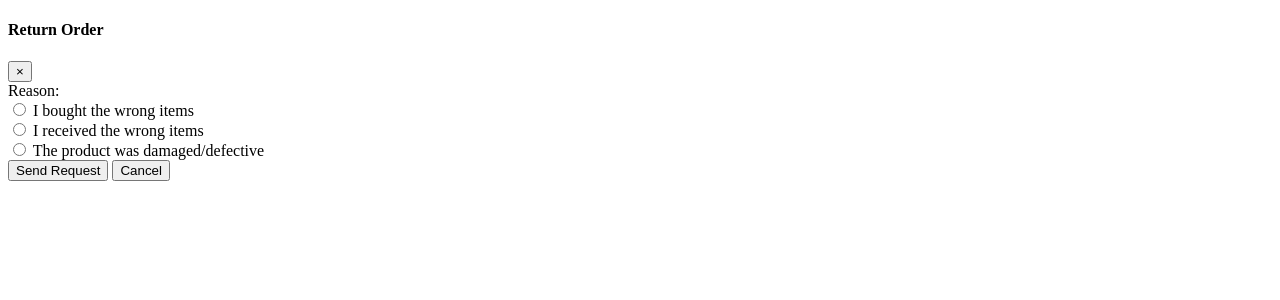
Repository: quockhuongtrann/Ecommerce-Website-With-Spring-Framework
Page: http://localhost/orders/return_order_modal
An editor plug-in stored every save of this project. The page is shown before and after the next save, followed by the edit.
The browser window is 1280 px wide. The pictures show the whole page.
The page is this project's Thymeleaf template; nobody is signed in. The template is opened directly, without the code that normally fills it, so the values that code supplies are empty.

Above is the page before, as saved 2023-01-17 09:08:54.

After the next save:
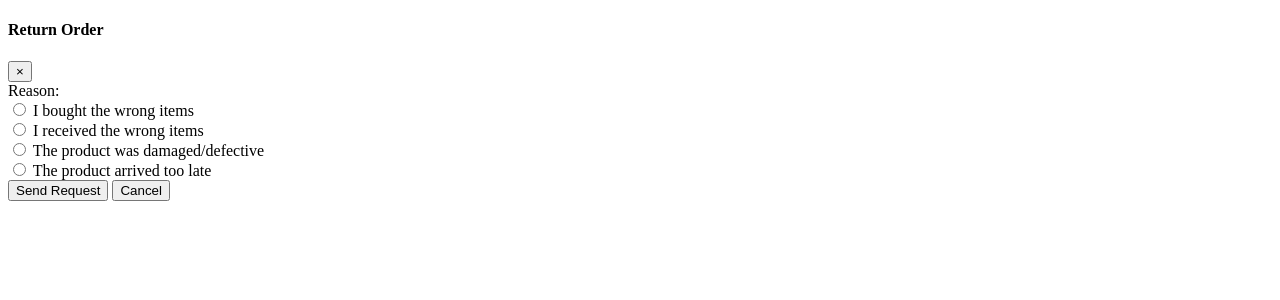
Saved 31 s later.
--- a/ShopTqkProject/ShopTqkWebParent/ShopTqkFrontend/src/main/resources/templates/orders/return_order_modal.html
+++ b/ShopTqkProject/ShopTqkWebParent/ShopTqkFrontend/src/main/resources/templates/orders/return_order_modal.html
@@ -23,6 +23,10 @@
 						<input type="radio" name="returnReason" value="I bought the wrong items" />
 						The product was damaged/defective
 					</div>
+					<div>
+						<input type="radio" name="returnReason" value="I bought the wrong items" />
+						The product arrived too late
+					</div>
 				</div>
 
 
